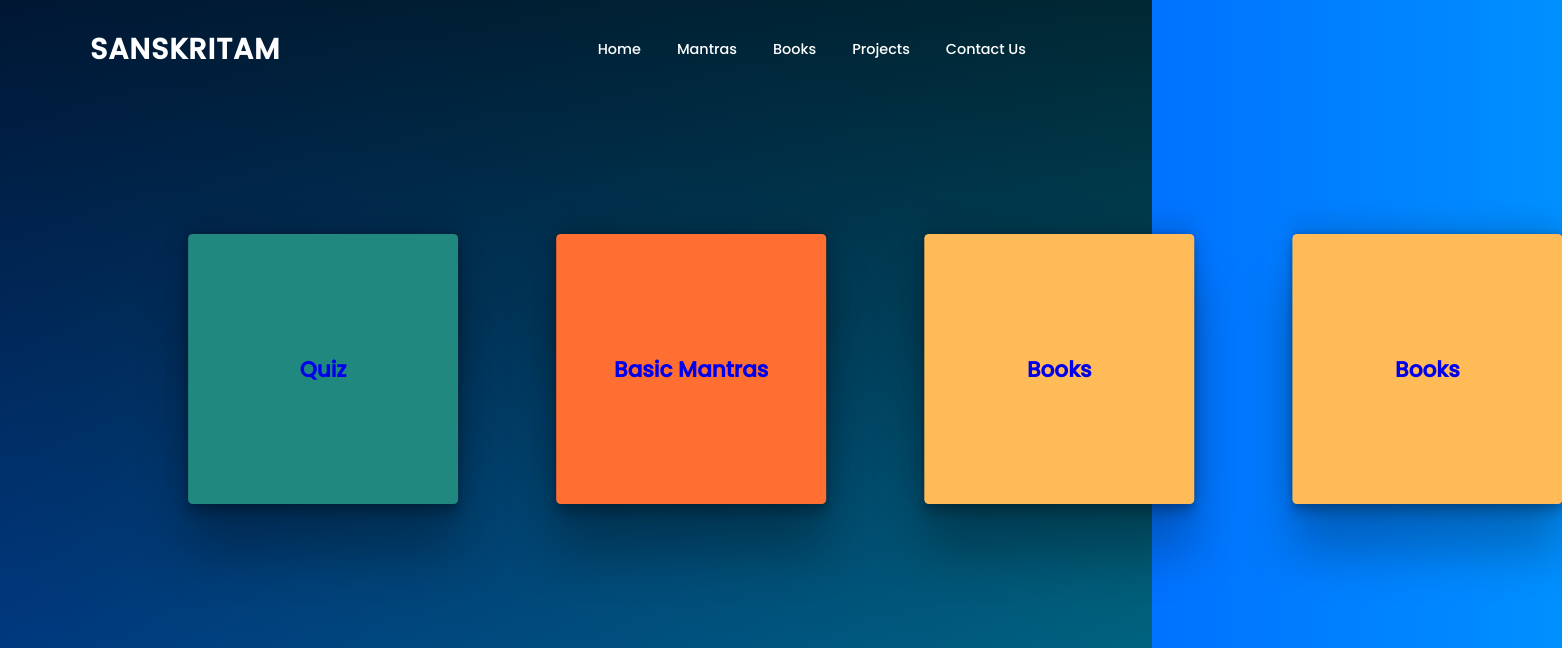
Repository: ritikalohia/Sanskritam
Page: index.html
An editor plug-in stored every save of this project. The page is shown before and after a run of saves, followed by the edit.
The browser window is 1280 px wide. The page is 1736 px wide, so the pictures cover 1736 px, including what lies to the right of the window. The pictures show the whole page, at 90% of full size.

Above is the page before, as saved 2021-01-04 16:31:11.

After the next 4 saves:
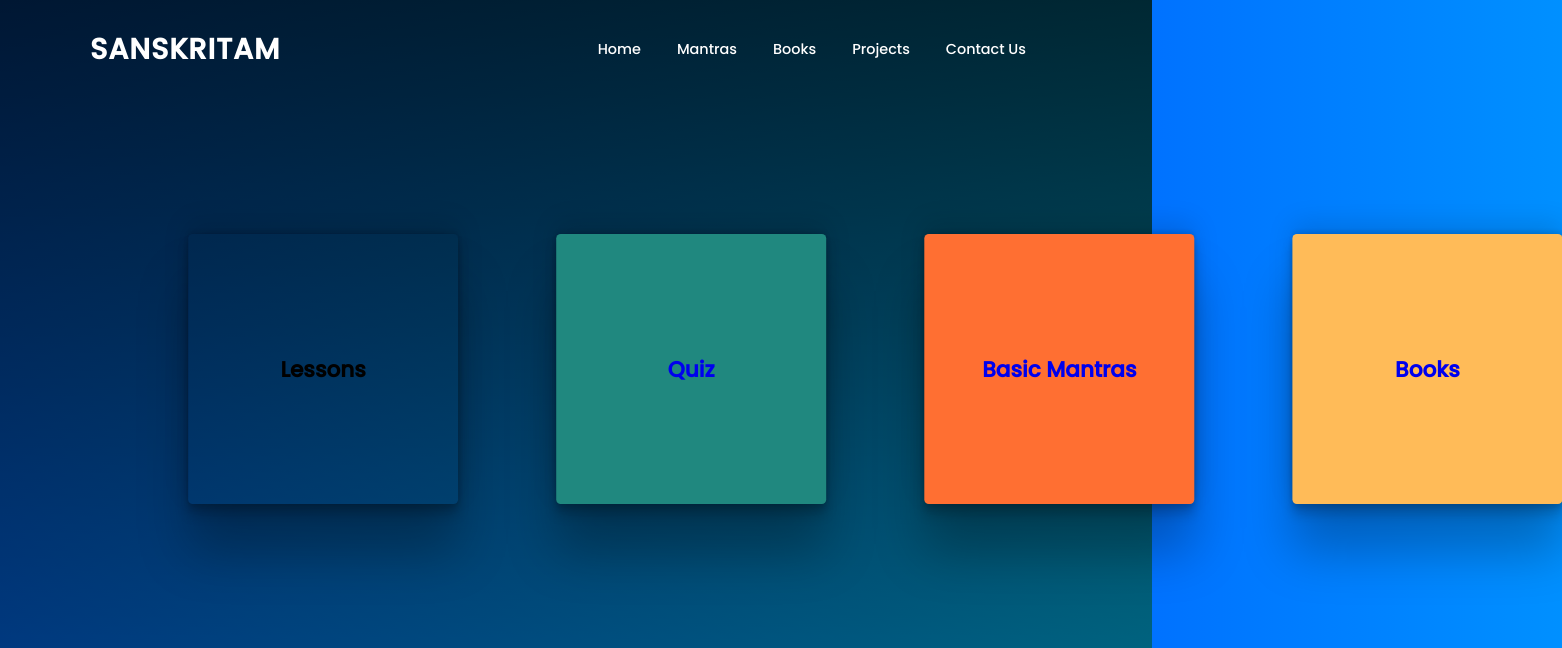
The 4 saves are shown as one change because they came seconds apart.
The last was saved 77 s later.
--- a/index.html
+++ b/index.html
@@ -21,17 +21,14 @@
 
         </header>
         <div class="sanskrit">
-            <!-- <div class="cards C1" data-hover="पाठ">
+            <div class="cards C1" data-hover="पाठ">
                 <h1>Lessons</h1>
-            </div> -->
+            </div>
             <div class="cards C2" data-hover="प्रश्नोत्तरी">
                 <h1><a href="producthorn-sanskrit/quiz.html">Quiz</a></h1>
             </div>
             <div class="cards C3" data-hover="Mantra">
                 <h1><a href="/Mantra/mantra.html">Basic Mantras</a></h1>
-            </div>
-            <div class="cards C4" data-hover="पुस्तक">
-                <h1><a href="Books/books.html">Books</a></h1>
             </div>
             <div class="cards C4" data-hover="पुस्तक">
                 <h1><a href="Books/books.html">Books</a></h1>
